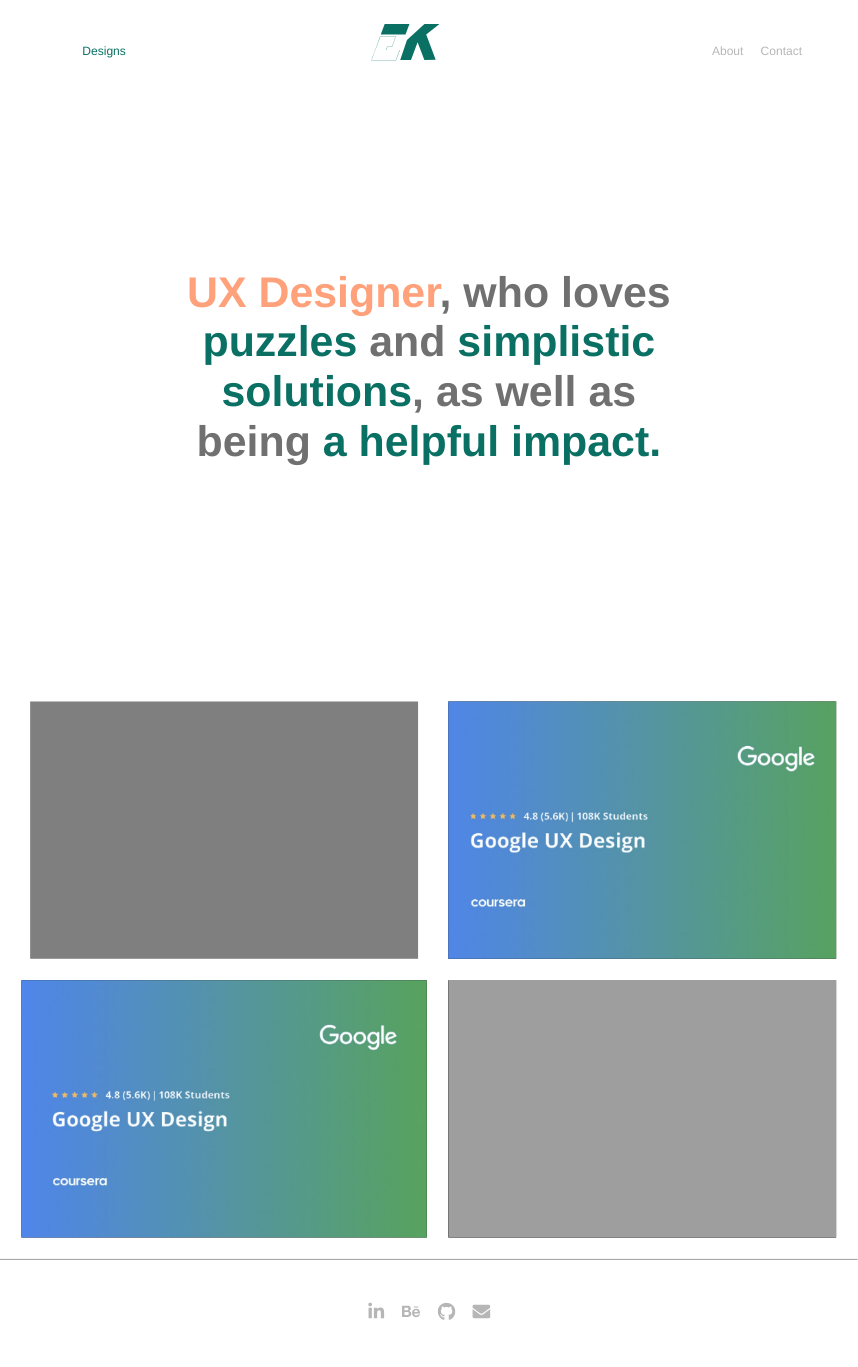
Repository: Kudom-E/Kudom-E.github.io
Page: /#/designs
The author's editor kept a copy of each file at every save. The page is drawn from the files as they stood at one save, then again after the next save.
The browser window is 1280 px wide. The pictures show the whole page, at 67% of full size.
Pictures or frames that could not be fetched are drawn as grey boxes. The project was rebuilt for these pictures with package versions that can differ from the ones it lists, and the page was loaded fresh each time. Also part of the build but not shown: next.config.js, src/Pages/Splash/Splash.js, src/Pages/About/About.js, src/Pages/Contact/Contact.js, src/Pages/Project/Project.js, src/App.css.

Above is the page before, as saved 2022-03-31 22:03:43.

After the next save:
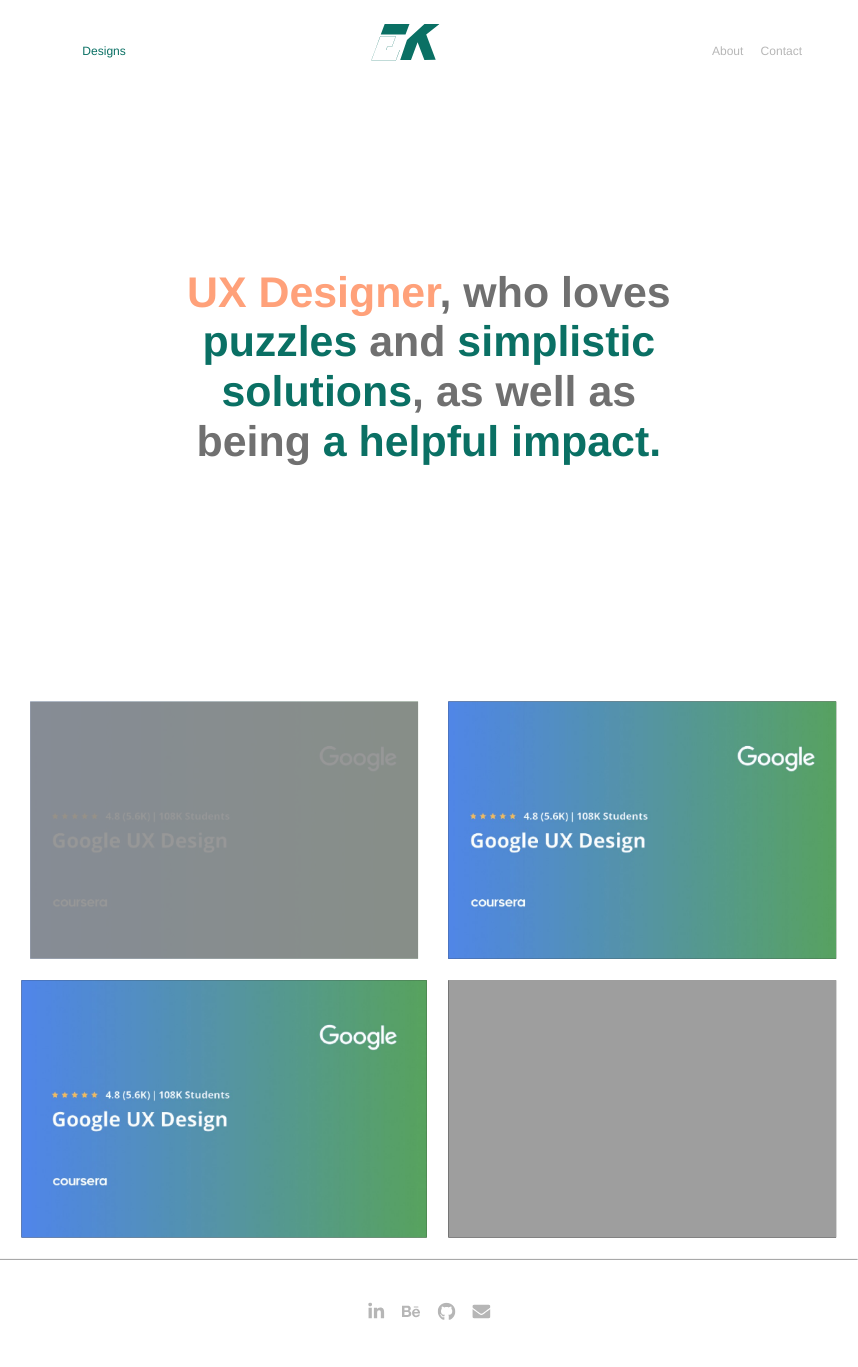
Saved 26 s later.
--- a/src/Pages/Pages.css
+++ b/src/Pages/Pages.css
@@ -95,9 +95,12 @@
 .grid-item {
     text-align: center;
     width: 100%;
-    height: 30vw;    margin: 0;
-    opacity: 1;
+    height: 30vw;
+    margin: 0;
     background-color: var(--dark);
+}
+.c-back {
+    opacity: .8;
 }
 .coursera {
     background-image: url("../Images/coursera.png");
